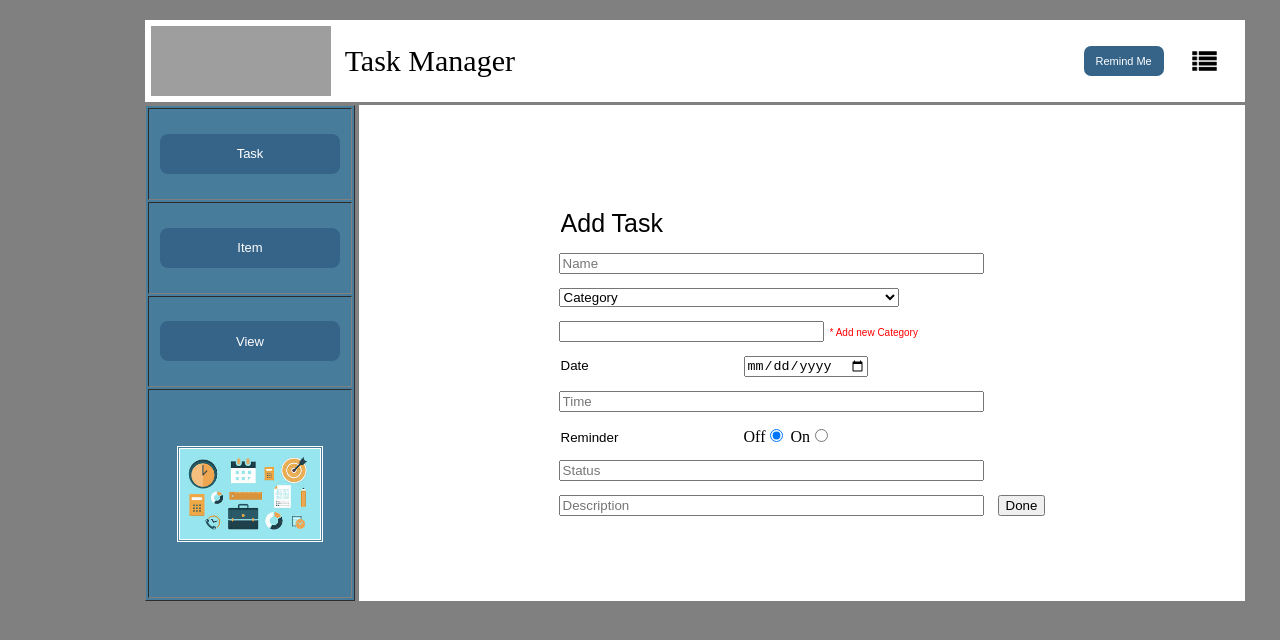
Repository: SnehaSalvi/TaskManagerProject
Page: http://localhost/TaskManagerChecklist/AddTask.jsp
An editor plug-in stored every save of this project. The page is shown before and after the next save, followed by the edit.
The browser window is 1280 px wide. The pictures show the whole page.
Pictures or frames that could not be fetched are drawn as grey boxes. The page is served by Tomcat 9.

Above is the page before, as saved 2016-10-14 08:59:50.

After the next save:
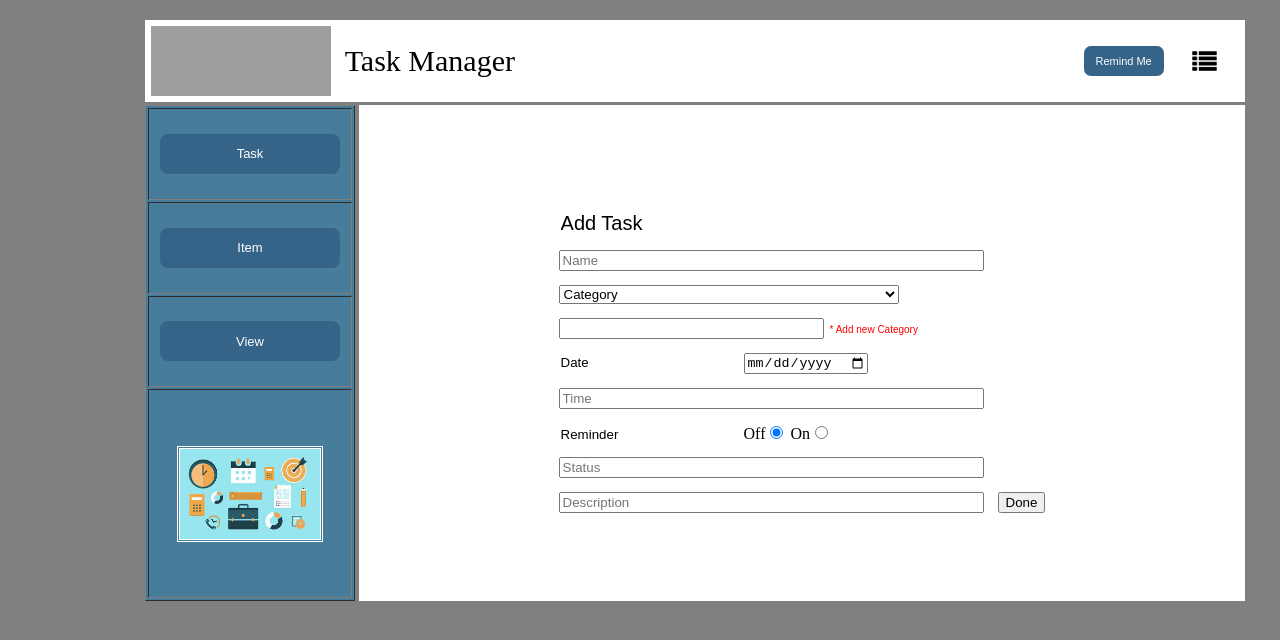
Saved 30 s later.
--- a/TaskManagerChecklist/WebContent/home.css
+++ b/TaskManagerChecklist/WebContent/home.css
@@ -152,8 +152,9 @@ tr
 }
 #font1
 {
-	font:italic,bold;
-	font-size: 25px;
+	font:italic;
+	font:bold;
+	font-size: 20px;
 	border: none;
 
 
